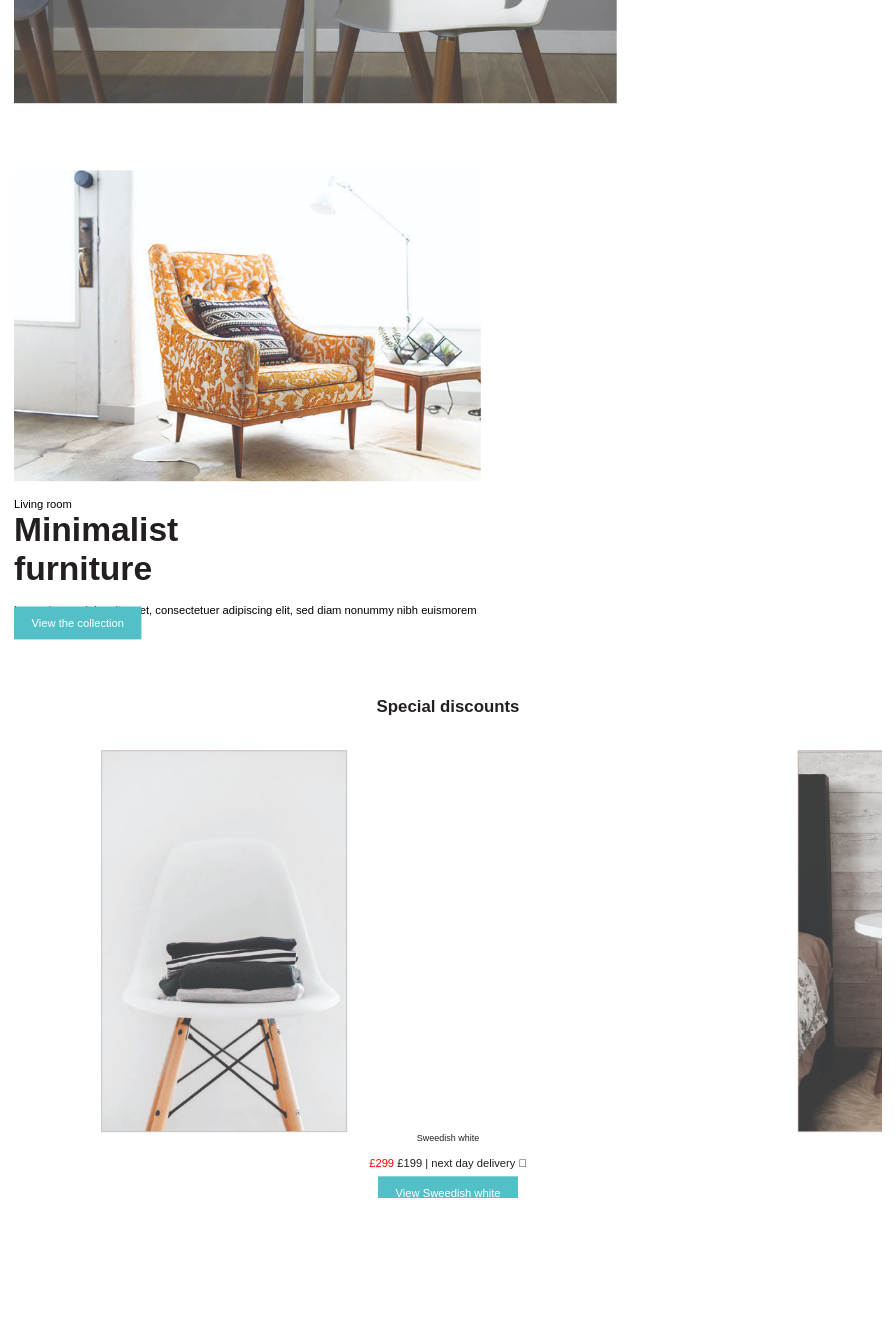
Repository: dinhhaidh/republic-web
Page: index.html
These files come from the project's save history. The page is drawn as it stood at one moment and after a run of saves; the edit follows.
The browser window is 1280 px wide. The pictures show the part of the page from y = 1038 to 2958 px (the page is 2958 px tall), at 70% of full size.
Some web fonts or font styles are not loaded; a fallback is used. Some web libraries are served in a nearby version.

Above is the page before, as saved 2024-01-24 19:12:02.

### index.html
<!DOCTYPE html>
<html lang="en">
<head>
    <meta charset="UTF-8">
    <meta name="viewport" content="width=device-width, initial-scale=1.0">

    <!--=============== FAVICON ===============-->
    <link rel="shortcut icon" href="assets/img/favicon.png" type="image/x-icon">

    <!--=============== REMIXICONS ===============-->
    <link rel="stylesheet" href="https://cdn.jsdelivr.net/npm/remixicon@4.1.0/fonts/remixicon.min.css">

    <link
    rel="stylesheet"
    href="https://cdn.jsdelivr.net/npm/swiper@11/swiper-bundle.min.css"
  />

    <!--=============== CSS ===============-->
    <link rel="stylesheet" href="style.css">

    <title>Responsive </title>
</head>
<body>
    <!--==================== HEADER ====================-->
    <header class="header" id="header">
        <nav class="nav container">
            <a href="#" class="nav__logo">
                <img src="./img/logo.jpg" alt="image" class="nav__img">
            </a>
            <div class="nav__menu" id="nav-menu">
                <ul class="nav__list">
                    <li class="nav__item">
                        <a href="#home" class="nav__link">Home</a>
                    </li>
                    <li class="nav__item">
                        <a href="#bedroom" class="nav__link">Bedroom</a>
                    </li>
                    <li class="nav__item">
                        <a href="#lounge" class="nav__link">Lounge</a>
                    </li>
                    <li class="nav__item">
                        <a href="#kitchen" class="nav__link">Kitchen</a>
                    </li>
                    <li class="nav__item">
                        <a href="#lighting" class="nav__link">Lighting</a>
                    </li>
                </ul>
                <div class="nav__close" id="nav-close">
                    <i class="ri-close-line"></i>
                </div>
            </div>

            <form action="" class="nav__button">
                <div class="button">
                    <input type="text" placeholder="Find something..." class="form-control">
                    <i class="ri-search-line button__search"></i>
                </div>
                <div class="shopping">
                    <i class="ri-shopping-cart-line "></i>
                    <span class="shopping__quantity">0</span>
                </div>
            </form>
            <!-- toggle -->
            <div class="nav__toggle" id="nav-toggle">
                <i class="ri-menu-line"></i>
            </div>
        </nav>
    </header>

    <!--==================== MAIN ====================-->
    <main class="main">
        <!--==================== Home  ====================-->
        <section class="home section" id="home">
            <div class="home__container container">
                <div class="home__contennt">
                    <h1 class="home__title">Premium <br> collection</h1>
                    <p class="home__desc">
                        Lorem ipsum dolor sit amet, consectetuer adipiscing elit, sed diam nonummy nibh euismorem ipsum dolor sit amet, consectetuer adipiscing elit
                    </p>
                    <h4>£2,300</h4>
                    <a href="#" class="button__link">View the collection</a>
                </div>
                <div class="home__images">
                    <img src="./img/hom1.jpg" alt="" class="home__image">
                    <div class="home__span">
                        <span><a href="">Lorem ipsum dolor sit amet</a>    £2,300</span>
                        <span><a href="#"> Consectetuer adsed diam</a>    £2,300</span>
                    </div>
                </div>
            </div>
        </section>

        <!--==================== Bedroom ====================-->
        <section class="bedroom section" id="bedroom">
            <div class="bedroom__container container grid">
                <div class="bedroom__images">
                    <img src="./img/funitire1.jpg" alt="" class="bedroom__image">
                </div>
                <div class="bedroom__contennt">
                    <span>Living room</span>
                    <div class="bedroom-brick"></div>
                    <h2 class="home__title">Minimalist <br>
                        furniture</h2>
                    <p class="bedroom__desc">
                        Lorem ipsum dolor sit amet, consectetuer adipiscing elit, sed diam nonummy nibh euismorem
                    </p>
                    <a href="#" class="button__link">View the collection</a>
                </div>

            </div>
        </section>

        <!--==================== Lounge  ====================-->
        <section class="lounge  section" id="lounge ">
            <h2 class="lounge-title">Special discounts</h2>
            <div class="lounge__container container swiper">
                <div class="swiper-wrapper">
                    <article class=" lounge__card swiper-slide">
                        <img src="./img/special1.jpg" alt="" class="lounge__img">
                        <h3>Sweedish white</h3>
                        <h4><span>£299</span> £199  |  next day delivery  </h4>
                        <a href="#" class="button__link lounge__button">View Sweedish white</a>
                    </article>
                    <article class=" lounge__card swiper-slide">
                        <img src="./img/special2.jpg" alt="" class="lounge__img">
                        <h3>Tri-post table</h3>
                        <h4><span>£299</span> £199  |  next day delivery  </h4>
                        <a href="#" class="button__link lounge__button">View Sweedish white</a>
                    </article>
                    <article class=" lounge__card swiper-slide">
                        <img src="./img/special3.jpg" alt="" class="lounge__img">
                        <h3>Pixar lamp</h3>
                        <h4><span>£299</span> £199  |  next day delivery  </h4>
                        <a href="#" class="button__link lounge__button">View Sweedish white</a>
                    </article>
                    <article class=" lounge__card swiper-slide">
                        <img src="./img/special4.jpg" alt="" class="lounge__img">
                        <h3>Sweedish white</h3>
                        <h4><span>£299</span> £199  |  next day delivery  </h4>
                        <a href="#" class="button__link lounge__button">View Sweedish white</a>
                    </article>
                </div>
            </div>
        </section>

        <!--==================== Kitchen ====================-->
        <section class="kitchen  section" id="kitchen">

        </section>

        <!--==================== Lighting ====================-->
        <section class="lighting  section" id="lighting">

        </section>
    </main>

    <!--==================== FOOTER ====================-->
    <footer class="footer">

    </footer>

    <!--========== SCROLL UP ==========-->

    <script src="https://cdn.jsdelivr.net/npm/swiper@11/swiper-bundle.min.js"></script>


    <!--=============== SCROLLREVEAL ===============-->
    <script src=""></script>

    <!--=============== JQuery ===============-->
    <script src="https://code.jquery.com/jquery-3.7.1.slim.min.js" integrity="sha256-kmHvs0B+OpCW5GVHUNjv9rOmY0IvSIRcf7zGUDTDQM8=" crossorigin="anonymous"></script>

    <!--=============== MAIN JS ===============-->
    <script src="/js/main.js"></script>
</body>
</html>

### style.css
/*=============== GOOGLE FONTS ===============*/
@import url("https://fonts.cdnfonts.com/css/source-sans-pro");

/*=============== VARIABLES CSS ===============*/
:root {
  --header-height: 3.5rem;

  /*========== Colors ==========*/
  /*Color mode HSL(hue, saturation, lightness)*/
  --first-color: hsl(28, 88%, 62%);
  --first-color-alt: hsl(28, 84%, 58%);
  --title-color: hsl(0, 0%, 95%);
  --text-color: hsl(0, 0%, 75%);
  --text-color-light: hsl(0, 0%, 65%);
  --black-color: #231f20;
  --body-color: hsl(0, 0%, 6%);
  --container-color: hsl(0, 0%, 10%);

  /*========== Font and typography ==========*/
  /*.5rem = 8px | 1rem = 16px ...*/
  --body-font: "Montserrat", sans-serif;
  --second-font: "Dancing Script", cursive;
  --biggest-font-size: 2.5rem;
  --bigger-font-size: 2rem;
  --h1-font-size: 1.5rem;
  --h2-font-size: 1.25rem;
  --h3-font-size: 1rem;
  --normal-font-size: .938rem;
  --small-font-size: .813rem;

  /*========== Font weight ==========*/
  --font-regular: 400;
  --font-semi-bold: 600;
  --font-bold: 700;

  /*========== z index ==========*/
  --z-tooltip: 10;
  --z-fixed: 100;
}

/*========== Responsive typography ==========*/
@media screen and (min-width: 1150px) {
  :root {
    --biggest-font-size: 4.375rem;
    --bigger-font-size: 3rem;
    --h1-font-size: 2.25rem;
    --h2-font-size: 1.5rem;
    --h3-font-size: 1.25rem;
    --normal-font-size: 1rem;
    --small-font-size: .875rem;
  }
}

/*=============== BASE ===============*/
* {
  box-sizing: border-box;
  padding: 0;
  margin: 0;
}

html {
  scroll-behavior: smooth;
}

body,
button {
  font-family: var(--body-font);
  font-size: var(--normal-font-size);
}

body {
  /* color: var(--text-color); */
}

button {
  border: none;
  outline: none;
}

h1, h2, h3, h4 {
  color: var(--black-color);
  font-weight: var(--font-bold);
}

ul {
  list-style: none;
}

a {
  text-decoration: none;
}

img {
  display: block;
  max-width: 100%;
  height: auto;
}

/*=============== REUSABLE CSS CLASSES ===============*/
.container {
  max-width: 1240px;
  margin-inline: 1.5rem;
}

.grid {
  display: grid;
  gap: 1.5rem;
}

.section {
  padding-block: 5rem 1rem;
}

.section__title {
  font-size: var(--bigger-font-size);
  font-family: var(--second-font);
  margin-bottom: 1.5rem;
  text-align: center;
}

.main {
  overflow: hidden; /* For animation ScrollReveal */
}

/*=============== HEADER & NAV ===============*/
.header{
  position: fixed;
  width: 100%;
  top: 0;
  left: 0;
  background-color: transparent;
  z-index: var(--z-fixed);
  transition: .4s;
}
.nav{
  position: relative;
  height: var(--header-height);
  display: flex;
  align-items: center;
  justify-content: space-between;
}
.nav__img{
  width: 100px;
  transition: .4s;
}
.nav__toggle,
.nav__close{
  cursor: pointer;
  font-size: 1.5rem;
  color: black;
}
.form-control{
  padding: 13px 40px 13px 20px;
  border-radius: 25px
}
.nav__button{
  display:flex;
  align-items: center;
  justify-content: center;
  column-gap: 1.625rem;
}
.nav__link{
  color: var(--black-color);
  font-weight: var(--font-regular);
  font-family: 'Source Sans Pro', sans-serif;
}
.button{
  display: flex;
  position: relative;
}
.button input::placeholder{
  color: var(--black-color);
}
.button__search{
  position: absolute;
  top: 0.9rem;
  right: 1rem;
}
.shopping i{
  font-size: 1.25rem;
  position: relative;
}
.shopping__quantity{
  background-color: red;
    padding: 1px 3px;
    color: #fff;
    position: absolute;
    top: 1.8rem;
    right: 0.05rem;
    border-radius: 50%;
    font-size: .7rem;
}



/* Navigation for mobile devices */
@media screen and (max-width: 1023.98px) {
  .nav__menu {
    position: fixed;
    top: 0;
    right: -100%;
    background-color: #fff;
    backdrop-filter: blur(16px);
    -webkit-backdrop-filter: blur(16px);
    width: 80%;
    height: 100%;
    padding: 6rem 3rem 0px;
    transition: right .4s;
  }
  .nav__list{
    display: flex;
    flex-direction: column;
    row-gap: 2.5rem;
  }
  .nav__link{
    color: var(--black-color);
    font-weight: var(--font-semi-bold);
    transition: color .4s;
  }
  /* .nav__link:hover{

  } */
  .nav__close{
    position: absolute;
    top: 1rem;
    right: 1.5rem;
  }
  .nav__button{
    display: none;
  }
}


/* Show menu */
.show-menu{
  right: 0;
}

/* Add blur header */
.scroll-header {
  background-color: #fff;
  box-shadow: 0 1px 4px hsla(220, 4%, 15%, .1);
}

/* Active link */


/*=============== Home ===============*/
.home{
  padding-top: 5rem;
}
.home__container{
  display: flex;
  flex-direction: column;
  row-gap: 3rem;
}
.home__title{
  font-size: var(--bigger-font-size);
  margin-bottom: 1.5rem;
}
.home__desc{
  font-weight: var(--font-regular);
  color: var(--black-color);
  line-height: 1.5;
  margin-bottom: var(--h2-font-size);
}
.home h4{
  font-size: var(--h1-font-size);
  margin-bottom: var(--bigger-font-size);
}
.button__link{
  background-color: #53c0c7;
  padding: 15px 25px;
  color: #fff;
  font-weight: 400;
}
.home__span span:nth-child(1){
  position: absolute;
  right: 1rem;
  top: 1rem;
  color: #fff;
}
.home__span span:nth-child(2){
  right: 1rem;
  position: absolute;
  top: 2rem;
  color: #fff;
}
.home__span span a{
  color: #fff;
}
.home__images{
  position: relative;
}
.home__image{

}

/*=============== BUTTON ===============*/


/*=============== Bedroom ===============*/


/*=============== Lounge  ===============*/
.lounge{

}


.lounge-title{
  display:flex;
  align-items: center;
  justify-content: center;
}
.lounge__container{
  margin-top: var(--bigger-font-size);
  height: 640px;
}

.lounge h3{
  font-size: 0.8rem;
  font-weight: 400;
}

.swiper-wrapper{

}
.lounge__card{
  text-align: center;
  width: 80%;
}
.lounge__card span{
  color: red;
}
.swiper-slide{

}

.lounge h4{
  margin-top: 1.3rem;
  margin-bottom: var(--h2-font-size);
  font-size: 1rem;
  font-weight: 400;
}
.button__link{

}
.lounge__button{

}

/*=============== Kitchen  ===============*/

/*=============== Lighting  ===============*/



/*=============== FOOTER ===============*/


/*=============== SCROLL BAR ===============*/


/*=============== SCROLL UP ===============*/


/* Show Scroll Up */


/*=============== BREAKPOINTS ===============*/
/* For small devices */
@media screen and (min-width: 1024px){
  .nav{
    height: calc(var(--header-height) + 2rem)
  }
  .nav__toggle,
  .nav__close{
    display: none;
  }
  .nav__list{
    display: flex;
    flex-wrap: nowrap;
    column-gap: 4rem;
  }
}
@media screen and (min-width: 1150px) {
  .container{
    margin-inline: auto;
  }


}

/* For medium devices */


/* For large devices */

### js/main.js
$(document).ready(function () {
  $("#nav-toggle").click(function () {
    $("#nav-menu").addClass("show-menu");
  });
  $("#nav-close").click(function () {
    $("#nav-menu").removeClass("show-menu");
  });
  $(window).scroll(function () {
    $("#header").toggleClass("scroll-header", $(this).scrollTop() >= 50);
  });
});
/*=============== SWIPER PRODUCTS ===============*/
var swiperLounge = new Swiper(".lounge__container", {
  // luot lien tuc
    spaceBetween: 32,
    grabCursor: true,
    centeredSlides: true,
    slidesPerView: "auto",
    loop: true,
    ////
    navigator: {
    nextEl: ".swiper-button-next",
    prevEl: ".swiper-button-prev",
    },

  // lích thước resposive
    breakpoints: {
        1240: {
        spaceBetween: 3,
      },
        1240: {
        spaceBetween: 3,
      },
        450: {
        spaceBetween: 1,
      },
    },

  //
});

// var swiper = new Swiper(".lounge__container", {
//   // luot lien tuc
//     spaceBetween: 32,
//     grabCursor: true,
//     centeredSlides: true,
//     slidesPerView: "auto",
//     loop: true,

  // slidesPerView: 3,
  // spaceBetween: 30,
  // freeMode: true,
  // pagination: {
  //   el: ".swiper-pagination",
  //   clickable: true,
  // },

//   slidesPerView: 3,
//   spaceBetween: 30,
//   centeredSlides: true,
//   pagination: {
//     el: ".swiper-pagination",
//     clickable: true,
//   },
// });

After the next 2 saves:
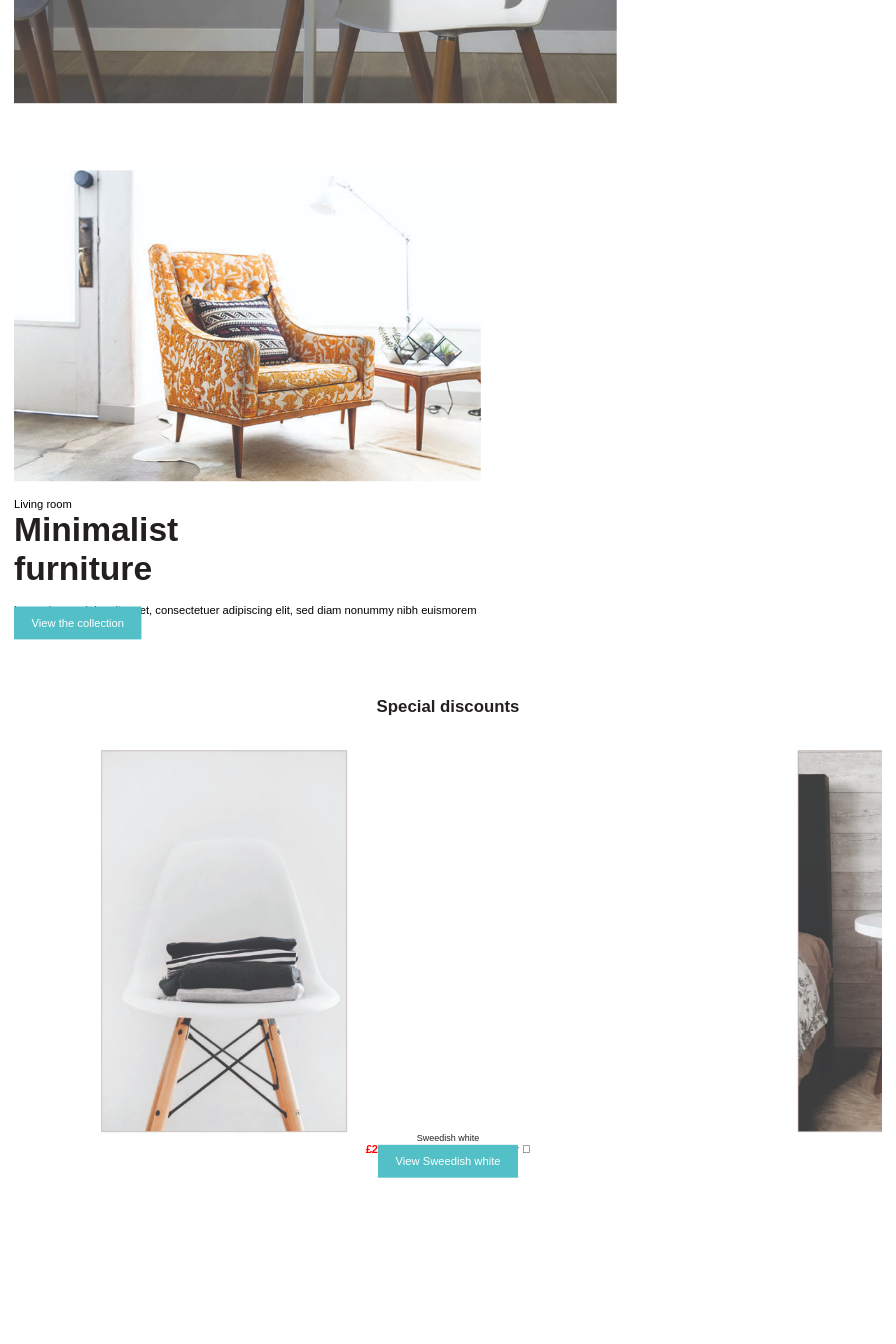
The 2 saves are shown as one change because they came seconds apart.
The last was saved 24 s later.
--- a/style.css
+++ b/style.css
@@ -337,6 +337,7 @@ img {
 
 }
 
+.lounge h4
 .lounge h4{
   margin-top: 1.3rem;
   margin-bottom: var(--h2-font-size);
